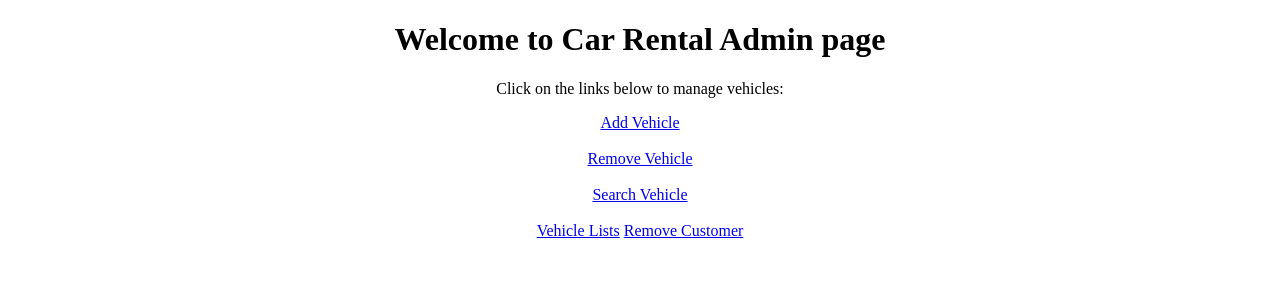
Repository: harsh23012/InfiniteProjects
Page: CarRent/carrent/src/main/webapp/AdminPage.html
These files come from the project's save history. The page is drawn as it stood at one moment and after the next save; the edit follows.
The browser window is 1280 px wide. The pictures show the whole page.

Above is the page before, as saved 2025-05-04 11:17:00.

### CarRent/carrent/src/main/webapp/AdminPage.html
<!DOCTYPE html>
<html>
<head>
<meta charset="UTF-8">
<title>Insert title here</title>
</head>
<body>
	<center>

	 	<h1>Welcome to Car Rental Admin page</h1>

        <p>Click on the links below to manage vehicles:</p>
		  <!-- Link to add vehicle page -->
        <a href="AddVehicle.html">Add Vehicle</a><br><br>

        <!-- Link to remove vehicle page -->
        <a href="RemoveVehicle.html">Remove Vehicle</a><br><br>

                <!-- Link to search vehicle page -->
        <a href="SearchVehicle.html">Search Vehicle</a><br><br>

        <!-- Link to list of available vehicle page -->
        <a href="AvailVehicle.html">Vehicle Lists</a>

        <!-- Link to remove Customer -->
        <a href="RemoveCustomer.html"html">Remove Customer</a>


	</center>


</body>
</html>

After the next save:
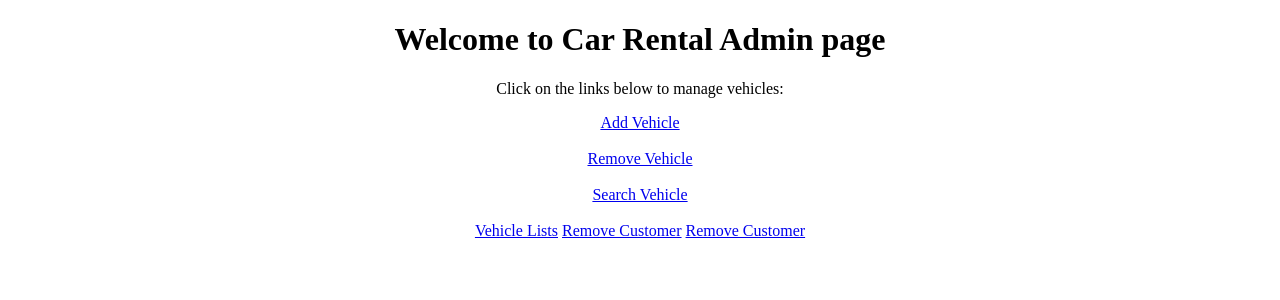
Saved 76 s later.
--- a/CarRent/carrent/src/main/webapp/AdminPage.html
+++ b/CarRent/carrent/src/main/webapp/AdminPage.html
@@ -23,7 +23,10 @@
         <a href="AvailVehicle.html">Vehicle Lists</a>
 
         <!-- Link to remove Customer -->
-        <a href="RemoveCustomer.html"html">Remove Customer</a>
+        <a href="RemoveCustomer.html">Remove Customer</a>
+
+        <!-- Link to Find Customer -->
+        <a href="SearchCustomer.html">Remove Customer</a>
 
 
 	</center>
